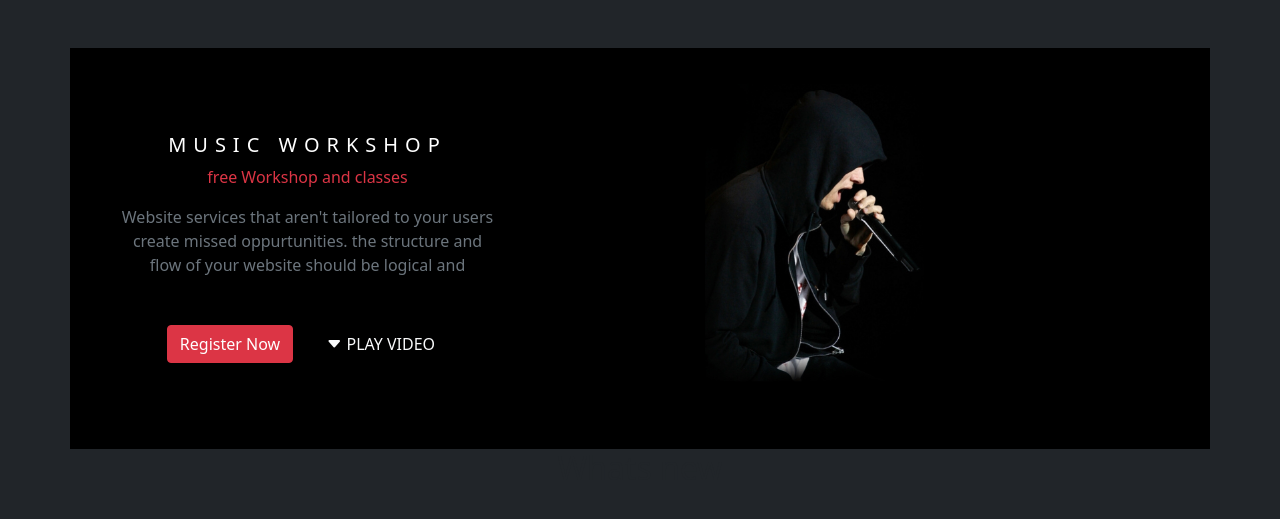
Repository: Eugene44-hub/music-workshop-site
Page: index.html
The author's editor kept a copy of each file at every save. The page is drawn from the files as they stood at one save, then again after a run of saves.
The browser window is 1280 px wide. The pictures show the whole page.
Some web libraries are served in a nearby version.

Above is the page before, as saved 2021-10-22 16:10:36.

After the next 3 saves:
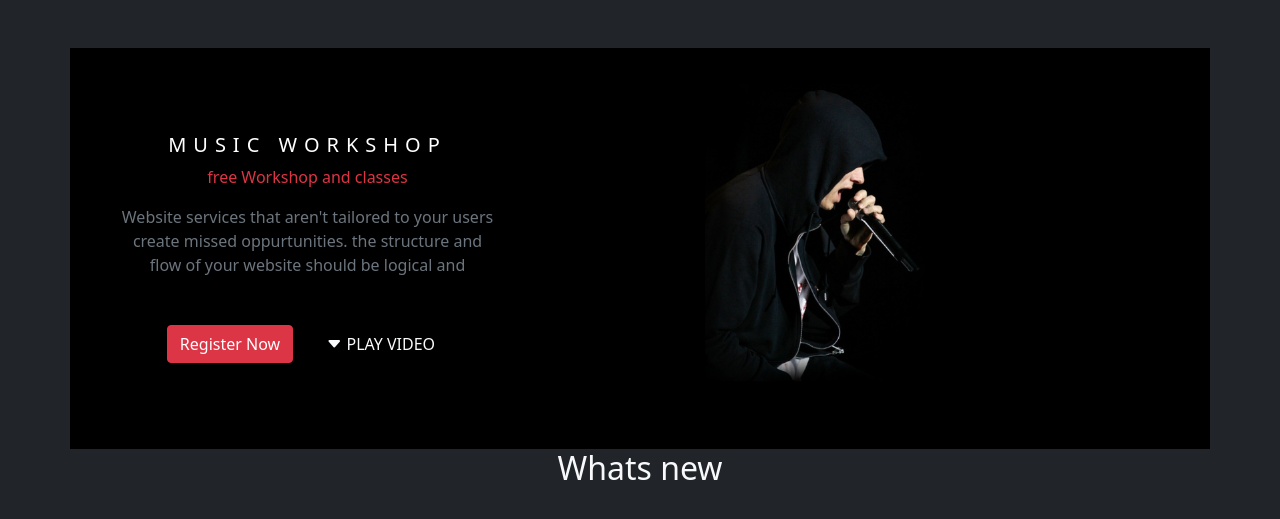
The 3 saves are shown as one change because they came seconds apart.
The last was saved 28 s later.
--- a/index.html
+++ b/index.html
@@ -35,7 +35,7 @@
 
     <!-- whats new starts -->
     <section>
-        <h2 class='text-center'>Whats new</h2>
+        <h2 class='text-center text-light'>Whats new</h2>
 
     </section>
     <!-- whats new ends -->

After the 2 saves that followed:
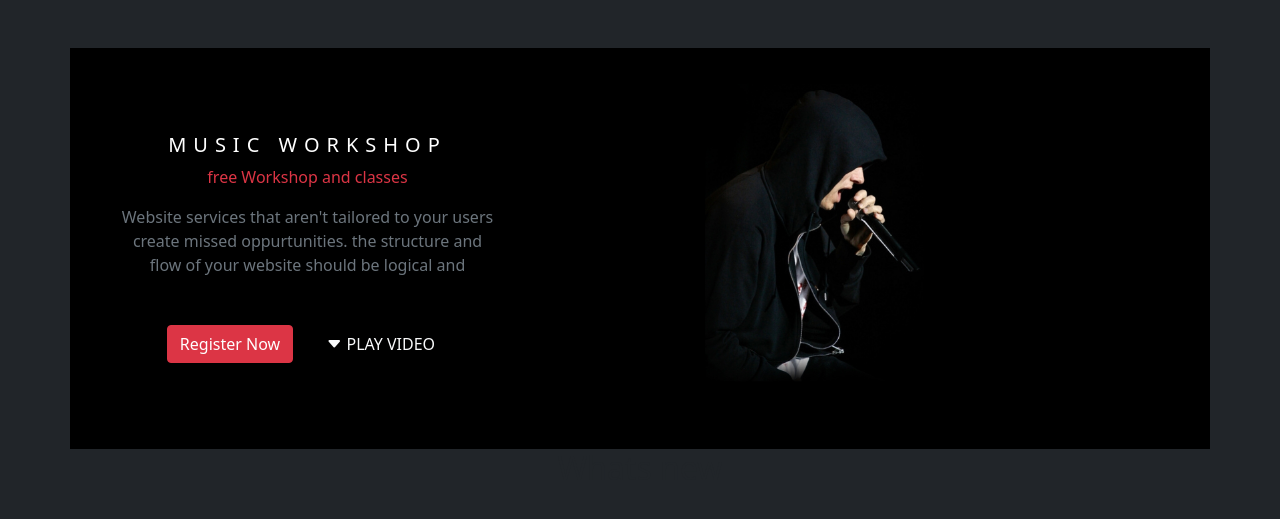
The 2 saves are shown as one change because they came seconds apart.
The last was saved 8 s later.
--- a/index.html
+++ b/index.html
@@ -35,7 +35,7 @@
 
     <!-- whats new starts -->
     <section>
-        <h2 class='text-center text-light'>Whats new</h2>
+        <h2 class='text-center text-l'>Whats new</h2>
 
     </section>
     <!-- whats new ends -->
